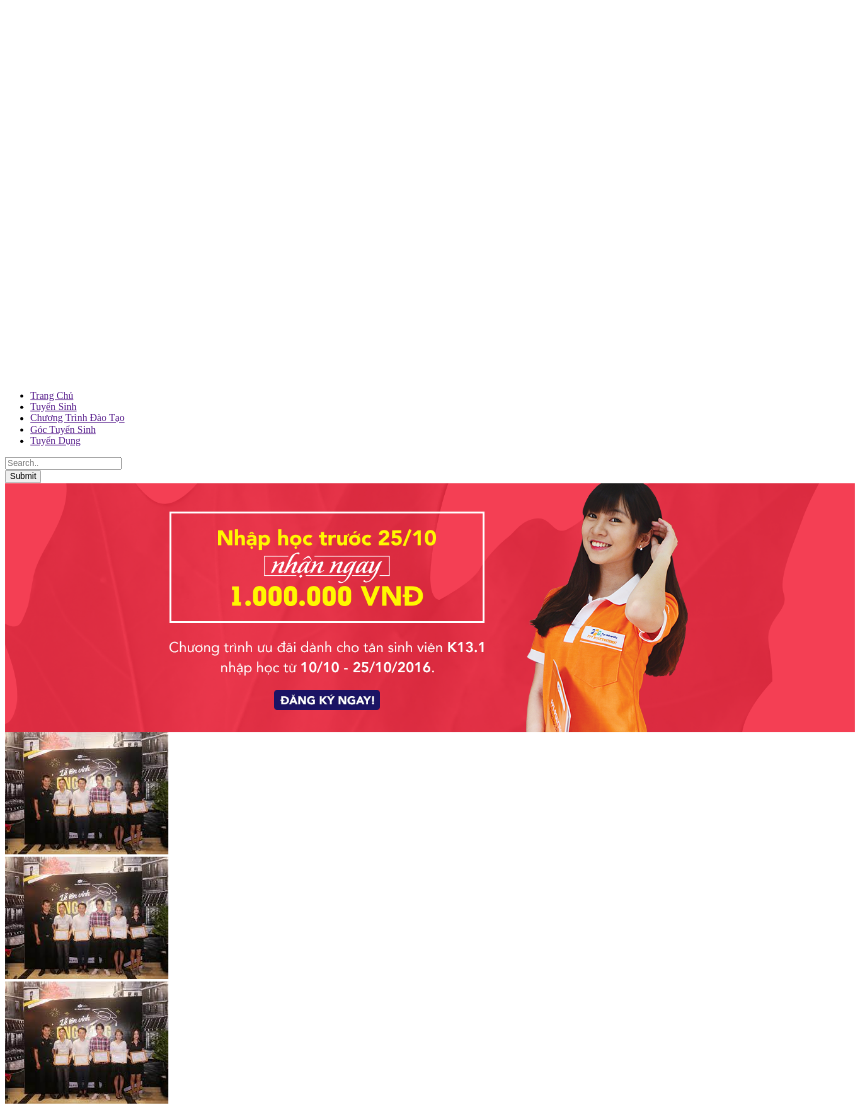
Repository: manhkkkk/assigntment
Page: index.html
These files come from the project's save history. The page is drawn as it stood at one moment and after the next save; the edit follows.
The browser window is 1280 px wide. The page is 1359 px wide, so the pictures cover 1359 px, including what lies to the right of the window. The pictures show the whole page, at 63% of full size.

Above is the page before, as saved 2022-01-10 05:41:03.

### index.html
<!DOCTYPE html>
<html lang="en">
    <head>
        <meta charset="UTF-8" />
        <link rel="icon" type="image/svg+xml" href="favicon.svg" />
        <meta http-equiv="X-UA-Compatible" content="IE=edge" />
        <meta name="viewport" content="width=device-width, initial-scale=1.0" />
        <link rel="stylesheet" href="./style.css" />
        <title>Document</title>
    </head>
    <body>
        <header class="font-family: sans-serif;">
            <div class="container mx-auto px-4">
                <div class="bg-blue-900 mx-auto">
                    <img
                        src="./image/logo.png"
                        alt="website logo"
                        class="w-80 h-auto mx-auto"
                    />
                </div>
                <nav
                    class="flex justify-between items-center bg-orange-600 px-3 py-3"
                >
                    <ul
                        class="flex flex-row w-full justify-center items-center"
                        red
                        transitiongreen
                        duration-600
                        ease-in
                    >
                        <li
                            class="mx-12 text-white not-italic font-normal text-lg hover:text-green-500 transition duration-600 ease-in"
                        >
                            <a href="">Trang Chủ</a>
                        </li>
                        <li
                            class="mx-12 text-white not-italic font-normal text-lg hover:text-green-500 transition duration-600 ease-in"
                        >
                            <a href="">Tuyển Sinh</a>
                        </li>
                        <li
                            class="mx-12 text-white not-italic font-normal text-lg hover:text-green-500 transition duration-600 ease-in"
                        >
                            <a href="">Chương Trình Đào Tạo</a>
                        </li>
                        <li
                            class="mx-12 text-white not-italic font-normal text-lg hover:text-green-500 transition duration-600 ease-in"
                        >
                            <a href="">Góc Tuyển Sinh</a>
                        </li>
                        <li
                            class="mx-12 text-white not-italic font-normal text-lg hover:text-green-500 transition duration-600 ease-in"
                        >
                            <a href="">Tuyển Dụng</a>
                        </li>
                    </ul>
                    <div class="flex right-3">
                        <div>
                            <input
                                class="py-1 border-none px-2"
                                type="text"
                                placeholder="Search.."
                            />
                        </div>
                        <div class="pl-5">
                            <button
                                class="bg-blue-900 py-1 px-3 border-solid border border-white-900 text-white hover:bg-green-500 transition duration-600 ease-in"
                                type="submit"
                            >
                                Submit
                            </button>
                        </div>
                    </div>
                </nav>
                <div
                    class="w-full h-auto pt-4 bg-cover bg-center overflow-hidden relative"
                >
                    <img
                        class="mySlides w-full h-auto bg-cover bg-center relative delay-700"
                        src="./image/Banner1.png"
                    />
                    <img
                        class="mySlides w-full h-auto bg-cover bg-center relative delay-700"
                        src="./image/Banner2.png"
                    />
                </div>
            </div>
        </header>
        <section>
            <div class="container">
                <div>
                    <article>
                        <div>
                            <img src="./image/im-1.png" alt="" />
                        </div>
                        <div></div>
                    </article>
                    <article>
                        <div>
                            <img src="./image/im-1.png" alt="" />
                        </div>
                        <div></div>
                    </article>
                    <article>
                        <div>
                            <img src="./image/im-1.png" alt="" />
                        </div>
                        <div></div>
                    </article>
                </div>
                <div>
                    <article></article>
                    <article></article>
                    <article></article>
                </div>
            </div>
        </section>
        <script type="module" src="./src/main.js"></script>
    </body>
</html>

### style.css
@tailwind base;
@tailwind components;
@tailwind utilities;
.mySlides {
    position: relative;
    animation: animateright 0.4s;
}
@keyframes animateright {
    from {
        right: -300px;
        opacity: 0;
    }
    to {
        right: 0;
        opacity: 1;
    }
}

### src/main.js
var myIndex = 0;
carousel();

function carousel() {
  var i;
  var x = document.getElementsByClassName("mySlides");
  for (i = 0; i < x.length; i++) {
    x[i].style.display = "none";
  }
  myIndex++;
  if (myIndex > x.length) {myIndex = 1}
  x[myIndex-1].style.display = "block";
  setTimeout(carousel, 3000);
}

After the next save:
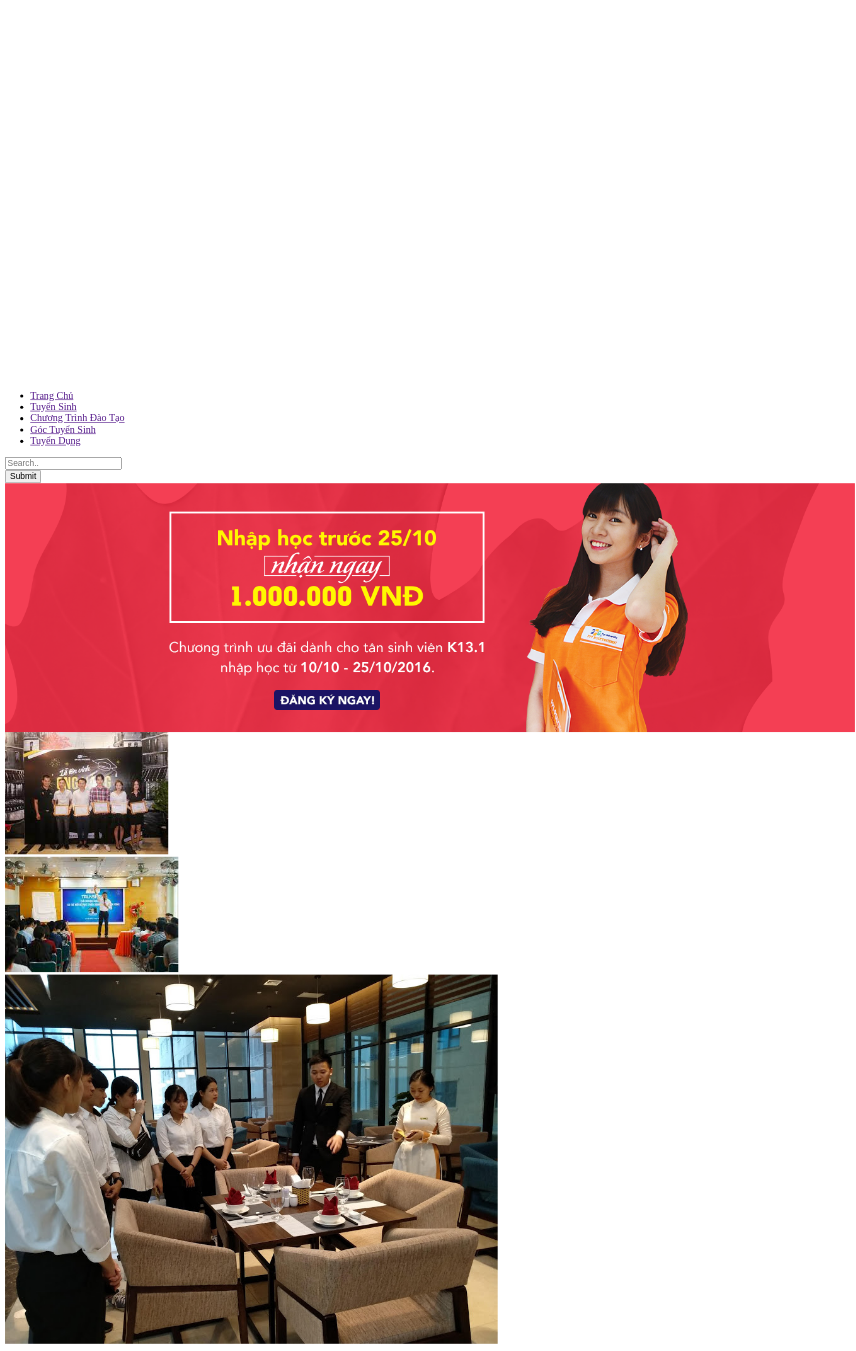
Saved 12 s later.
--- a/index.html
+++ b/index.html
@@ -97,13 +97,13 @@
                     </article>
                     <article>
                         <div>
-                            <img src="./image/im-1.png" alt="" />
+                            <img src="./image/im-2.png" alt="" />
                         </div>
                         <div></div>
                     </article>
                     <article>
                         <div>
-                            <img src="./image/im-1.png" alt="" />
+                            <img src="./image/im-3.png" alt="" />
                         </div>
                         <div></div>
                     </article>
